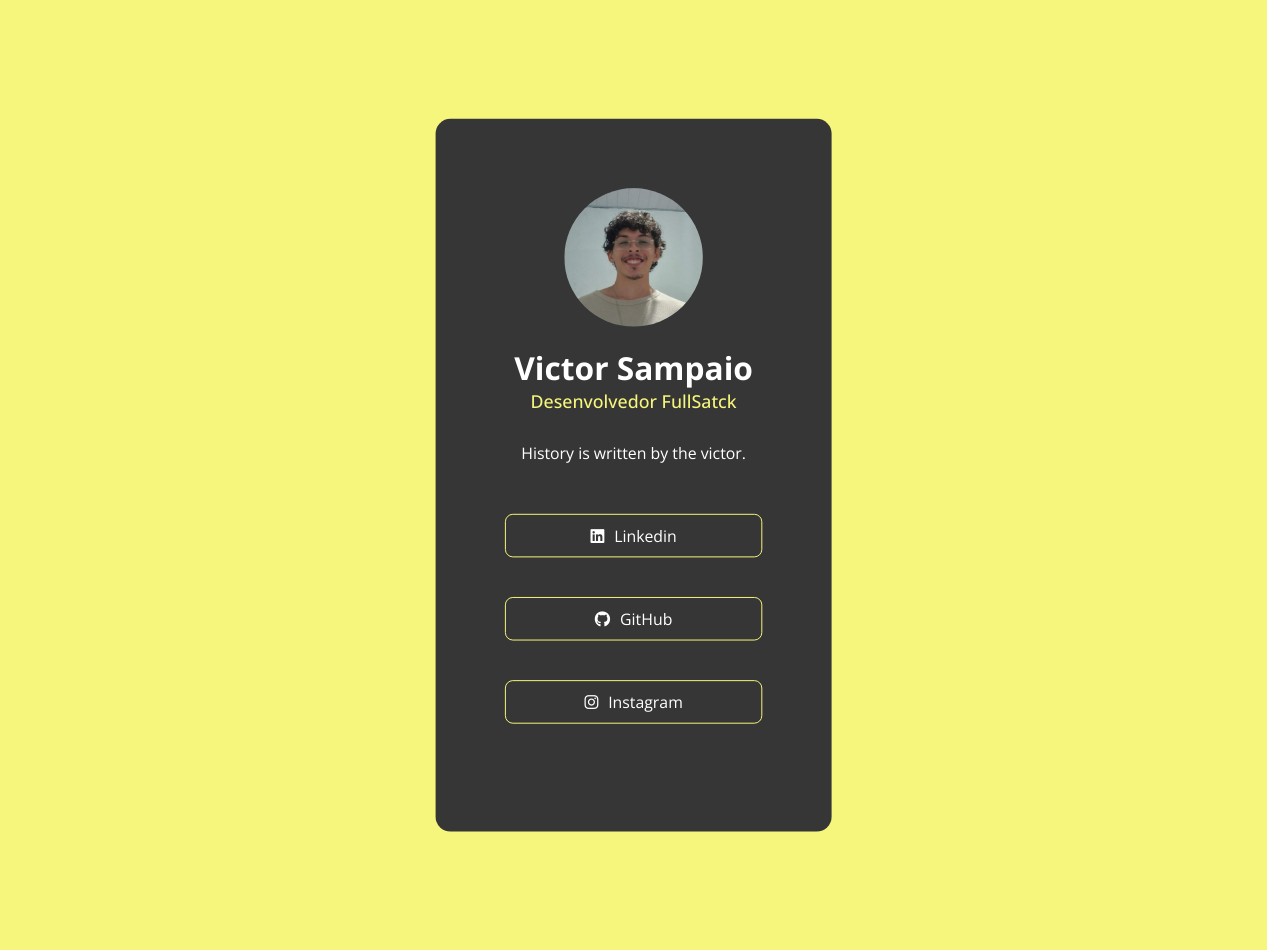
Repository: VictorSampaioDev/linkthree-gt9
Page: index.html
An editor plug-in stored every save of this project. The page is shown before and after the next save, followed by the edit.
The browser window is 1280 px wide. The pictures show the whole page, at 99% of full size.

Above is the page before, as saved 2025-04-11 16:08:34.
Not found: .effects.css

After the next save:
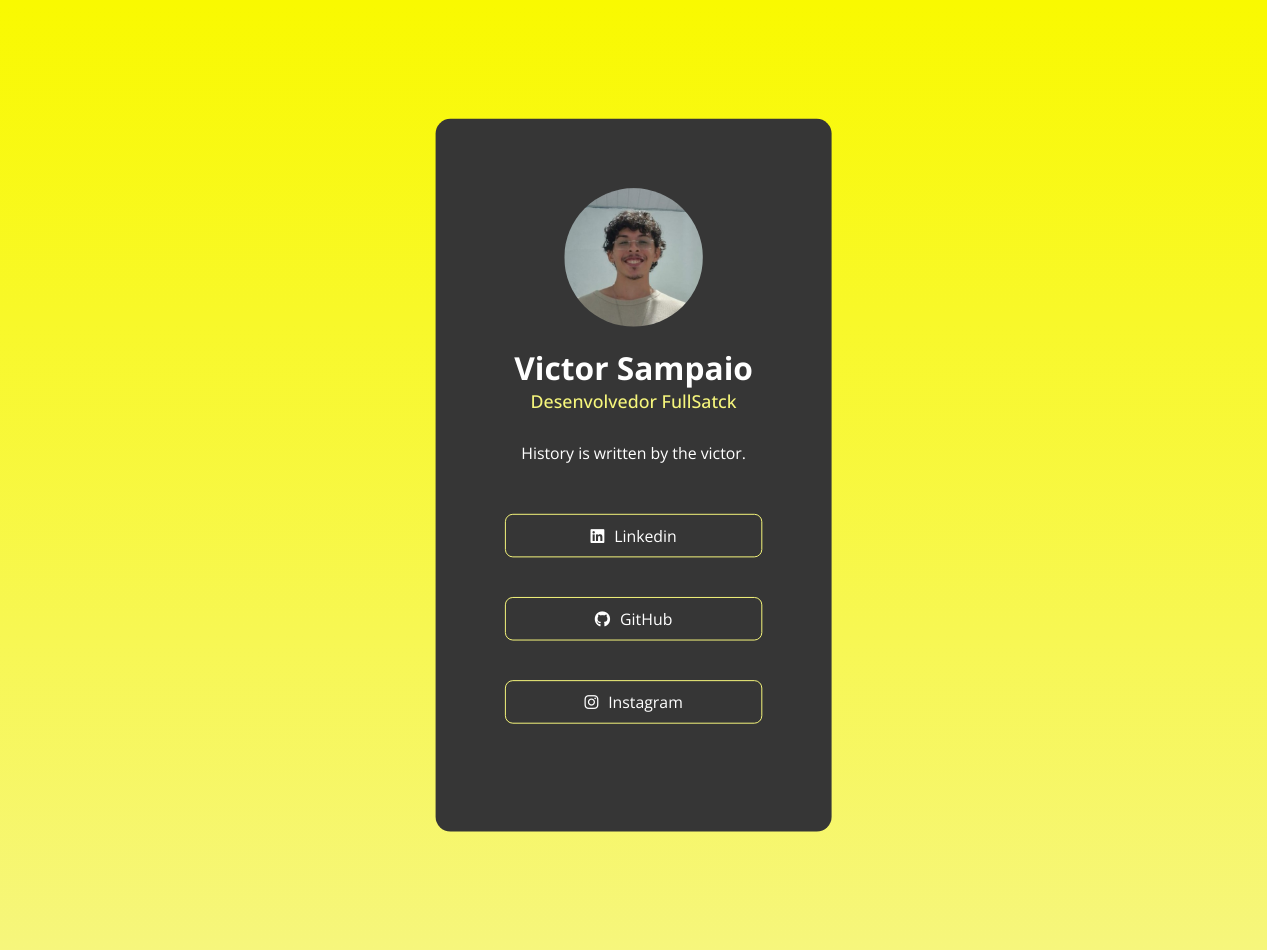
Saved 10 s later.
--- a/style.css
+++ b/style.css
@@ -10,7 +10,7 @@
 body{
     background: linear-gradient(
         to bottom,
-        rgb(246, 246, 124),
+        rgb(249, 249, 0),
         rgb(246, 246, 124),
         rgb(54, 54, 54)
     );
